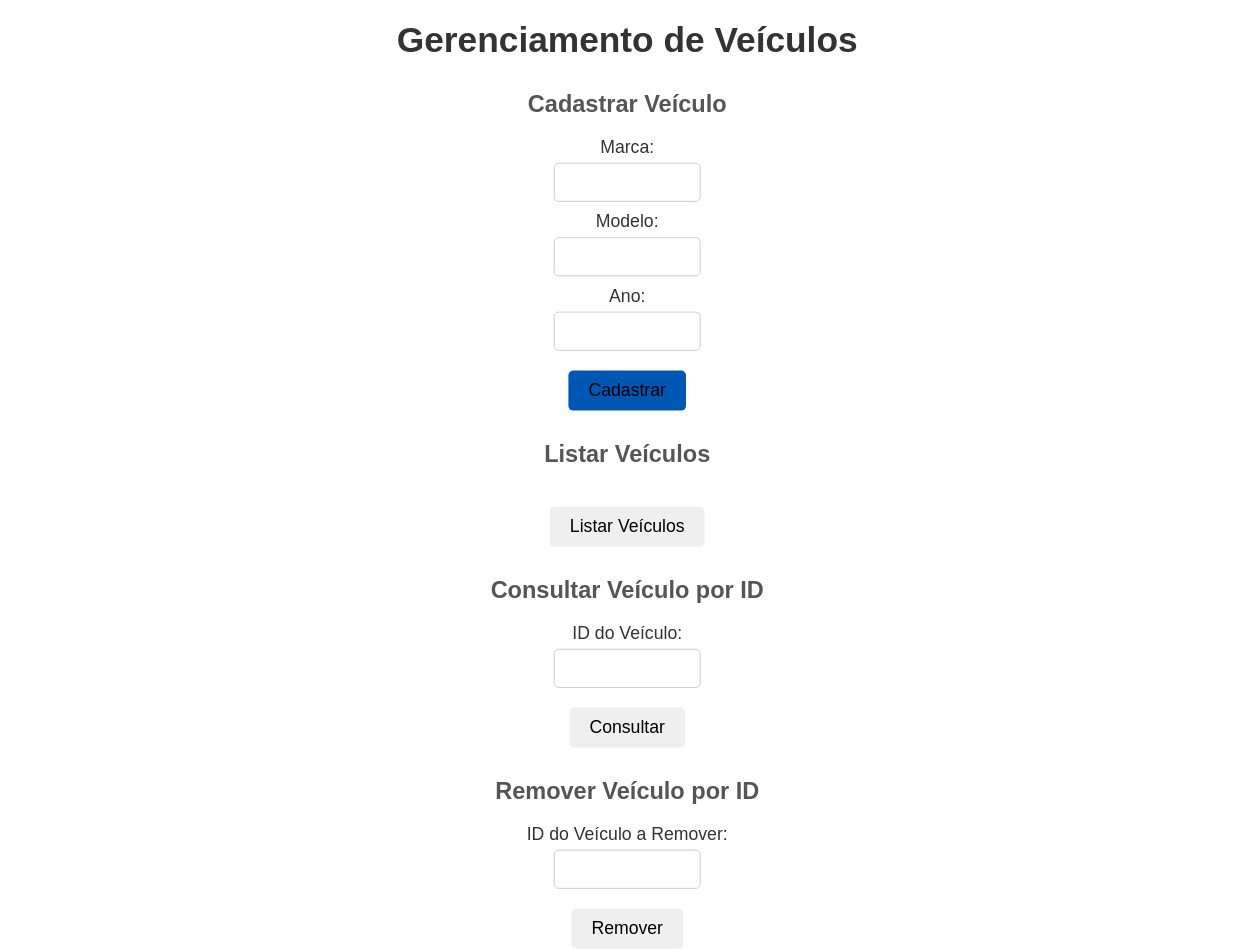
Repository: joaomadeira1208/Exercicio3
Page: veiculos/src/main/resources/index.html
These files come from the project's save history. The page is drawn as it stood at one moment and after the next save; the edit follows.
The browser window is 1280 px wide. The pictures show the whole page, at 98% of full size.
The pointer rests on the first visible `input[type="submit"]`.

Above is the page before, as saved 2023-09-14 22:00:58.

After the next save:
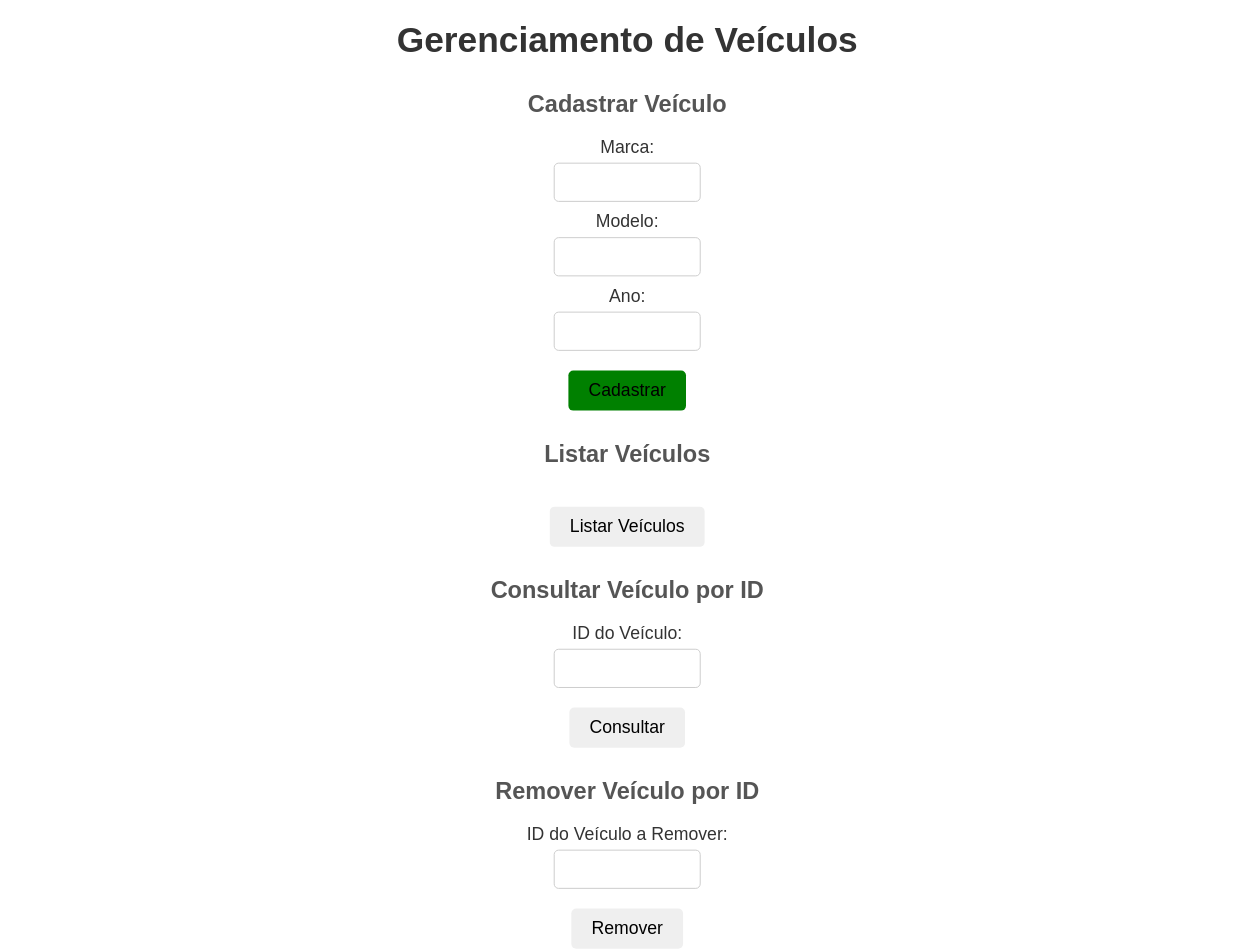
Saved 39 s later.
--- a/veiculos/src/main/resources/index.html
+++ b/veiculos/src/main/resources/index.html
@@ -61,7 +61,7 @@ button {
 /* Estilo para o botão quando o mouse passa por cima */
 input[type="submit"]:hover,
 button:hover {
-    background-color: #0056b3;
+    background-color: green;
 }
 
 
